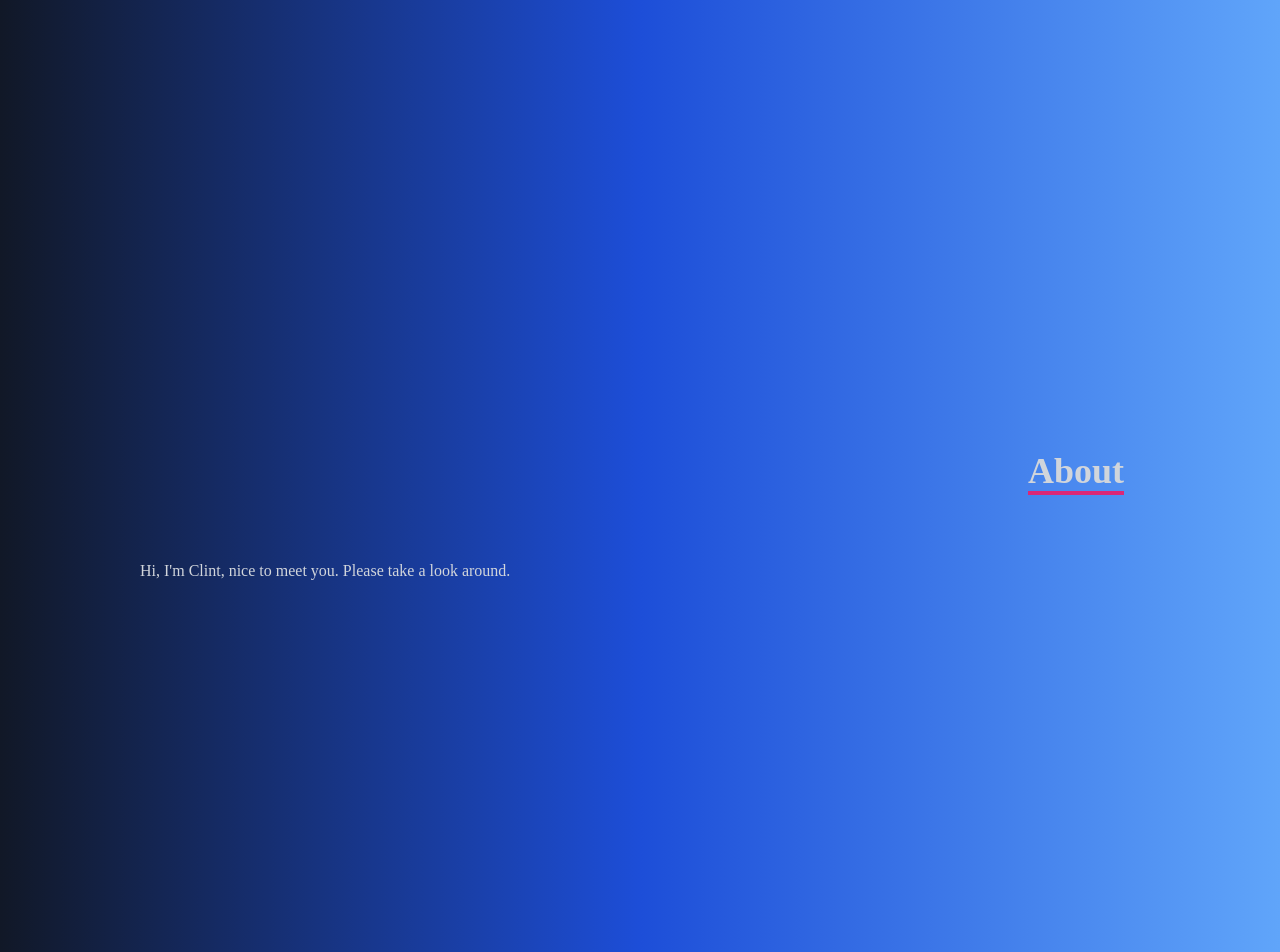
Repository: olichengus/Project-Portfolio
Page: /
These files come from the project's save history. The page is drawn as it stood at one moment and after a run of saves; the edit follows.
The browser window is 1280 px wide. The pictures show the part of the page from y = 563 to 1515 px (the page is 2160 px tall).
The project was rebuilt for these pictures with package versions that can differ from the ones it lists, and the page was loaded fresh each time.

Above is the page before, as saved 2024-02-10 00:09:11.

### src/index.css
@tailwind base;
@tailwind components;
@tailwind utilities;

@import url('https://fonts.googleapis.com/css2?family=Roboto:wght@300;400;500;700&display=swap');

@layer base {
  body {
    @apply font-[Raleway];
  }
  li {
    @apply px-4;
    @apply cursor-pointer;
  }
}


.content-div{
  background-repeat: no-repeat;
  background-size: cover;
  background-position: center;
  height: 250px;
}

.content-div:hover{
  background-image: linear-gradient(
    to right,
    rgba(112,157,255,0.8),
    hsla(242,74%,61%,0.8)
  )!important;
  background-color: rgba(0, 0, 0, 0.5);
  transition: 0.5s;
}

### src/App.js
import Home from './components/Home';
import Navbar from './components/Navbar';
import About from './components/About';
import Work from './components/Work';

function App() {
  return (
    <div>
      <Navbar />
      <Home />
      <About />
      <Work />
    </div>
  );
}

export default App;

### src/components/Home.jsx
import React from 'react'
import {HiArrowNarrowRight} from 'react-icons/hi'

const Home = () => {
  return (
    <div className='w-full h-screen bg-gradient-to-r from-gray-900 via-blue-700 to-blue-400'>
      {/* Container */}
      <div className='max-w-[1000px] mx-auto px-8 flex flex-col justify-center h-full'>
        <p className='text-pink-600 text-2xl'>Hi, my name is</p>
        <h1 className='text-white text-7xl font-bold'>Oliver Cheng</h1>
        <h2 className='text-4xl sm:text-5xl font-bold text-[#8892b0]'> I am a Computer Science student @ UBC</h2>
        <h2 className='text-4xl sm:text-5xl font-bold text-[#8892b0]'> Welcome to my Portfolio!</h2>
        <div className='background-color'>
          <button className = 'text-white border-2 px-6 py-3 my-2 flex items-center hover:bg-pink-600 hover:border-pink-600'>
            My Projects
            <span className='group-hover:rotate-90 duration-300'>
              <HiArrowNarrowRight className='ml-2' />
            </span>
          </button>
        </div>
      </div>

    </div>
  )
}

export default Home

### src/components/navbar.js
import React, {useState} from 'react'
import {
    FaBars,
    FaTimes,
    FaGithub,
    FaLinkedin
  } from 'react-icons/fa';
import { HiOutlineMail } from 'react-icons/hi';
import BsFillPersonFill from 'react-icons/bs';

const Navbar = () => {
    const [nav, setNav] = useState(false)
    const handleClick = () => setNav(!nav)
  return (
    <div className='fixed w-full h-[80px] flex justify-between items-center px-4 bg-[#0a192f] text-gray-300'>
    {/* menu */}
        <div className='hidden md:flex'>
            <ul className='hidden md:flex'>
                <li>Home</li>
                <li>About</li>
                <li>Experience</li>
                <li>Projects</li>
                <li>Contact</li>


            </ul>
        </div>

        <div onClick={handleClick} className='md:hidden z-10'>
            {/* if false set it to bars else set it to x logo*/}
            {!nav ? <FaBars /> : <FaTimes />}
        </div>


        {/* Moble menu */}
        <ul className={!nav ? "hidden": 'absolute top-0 left-0 w-full h-screen bg-[#0a192f] flex flex-col justify center items-center'}>
                <li className='py-6 text-4xl'>Home</li>
                <li className='py-6 text-4xl'>About</li>
                <li className='py-6 text-4xl'>Experience</li>
                <li className='py-6 text-4xl'>Projects</li>
                <li className='py-6 text-4xl'>Contact</li>

        </ul>
        {/* Social Icons */}
        <div className='flex fixed flex-col top-[35%] left-0;'>
        </div>
    </div>


  )
}

export default Navbar

### src/components/About.jsx
import React from 'react';

const About = () => {
    return (
        <div name='about' className='w-full h-screen bg-gradient-to-r from-gray-900 via-blue-700 to-blue-400 text-gray-300'>
            <div className='flex flex-col justify-center items-center w-full h-full'>
                <div className='max-w-[1000px] w-full px-4 justify-center items-center'>
                    <div className='md: sm:text-right pb-8 pl-4'>
                        <p className='text-4xl font-bold inline border-b-4 border-pink-600 hover:text-white'>About</p>
                    </div>

                </div>
                <div className='mt-9 max-w-[1000px] w-full grid grid-cols-2 gap-8'>
                    <div>
                        <p>Hi, I'm Clint, nice to meet you. Please take a look around.</p>
                    </div>
                </div>
            </div>
        </div>
    )
}

export default About;

### src/components/Work.jsx
import React from 'react';
import Background from '../assets/background.jpeg';

const Work = () => {
    return (
        <div className='w-full md:h-screen text-gray-300 bg-gradient-to-r from-gray-900 via-blue-700 to-blue-400'>
            <div className='max-w-[1000px] mx-auto p-4 flex flex-col justify-center w-full h-full'>
                <div>
                    <p className='text-4xl font-bold inline border-b-4 text-gray-300 border-pink-600'>My Projects</p>
                </div>

            {/* Container */}

                <div className='grid sm:grid-cols-2 md:grid-cols-3 gap-4 mt-7'>

            {/* Grid Item */}
                    <div style = {{backgroundImage: `url(${Background})`}}
                    className='shadow-lg shadow-[#040c16] group container rounded-md flex justify-center items-center mx-auto content-div'>

                        {/* Hover Effects */}
                        <div className='opacity-0 group-hover:opacity-100'>
                            <span className='text-2xl font-bold text-white tracking-wider'>
                                UBC Elective Finder
                            </span>
                            <div className='pt-8 text-center'>
                                {/* <a href ="/">
                                    <button className='text-center rounded-lg px-4 py-3 m-2 bg-white text-gray-700 font-bold text-lg'>Demo</button>
                                </a> */}
                                <a href = "https://github.com/olichengus/UBC-Elective-Finder">
                                    <button className='text-center rounded-lg px-5 py-3 m-2 bg-white text-gray-700 font-bold text-lg'>View</button>
                                </a>
                            </div>
                        </div>
                    </div>

                    <div style = {{backgroundImage: `url(${Background})`}}
                    className='shadow-lg shadow-[#040c16] group container rounded-md flex justify-center items-center mx-auto content-div'>

                        {/* Hover Effects */}
                        <div className='opacity-0 group-hover:opacity-100'>
                            <span className='text-2xl font-bold text-white tracking-wider'>
                                Telomeres Website
                            </span>
                            <div className='pt-8 text-center'>
                                {/* <a href ="/">
                                    <button className='text-center rounded-lg px-4 py-3 m-2 bg-white text-gray-700 font-bold text-lg'>Demo</button>
                                </a> */}
                                <a href = "https://github.com/olichengus/TelomeresWebsite">
                                    <button className='text-center rounded-lg px-5 py-3 m-2 bg-white text-gray-700 font-bold text-lg'>View</button>
                                </a>
                            </div>
                        </div>
                    </div>

                    <div style = {{backgroundImage: `url(${Background})`}}
                    className='shadow-lg shadow-[#040c16] group container rounded-md flex justify-center items-center mx-auto content-div'>

                        {/* Hover Effects */}
                        <div className='opacity-0 group-hover:opacity-100'>
                            <span className='text-2xl font-bold text-white tracking-wider'>
                                Wishlist Application
                            </span>
                            <div className='pt-8 text-center'>
                                {/* <a href ="https://github.com/olichengus/WishList">
                                    <button className='text-center rounded-lg px-4 py-3 m-2 bg-white text-gray-700 font-bold text-lg'>Demo</button>
                                </a> */}
                                <a href = "https://github.com/olichengus/WishList">
                                    <button className='text-center rounded-lg px-5 py-3 m-2 bg-white text-gray-700 font-bold text-lg'>View</button>
                                </a>
                            </div>
                        </div>
                    </div>

                    <div style = {{backgroundImage: `url(${Background})`}}
                    className='shadow-lg shadow-[#040c16] group container rounded-md flex justify-center items-center mx-auto content-div'>

                        {/* Hover Effects */}
                        <div className='opacity-0 group-hover:opacity-100'>
                            <span className='text-2xl font-bold text-white tracking-wider'>
                                PythonRoads
                            </span>
                            <div className='pt-8 text-center'>
                                {/* <a href ="/">
                                    <button className='text-center rounded-lg px-4 py-3 m-2 bg-white text-gray-700 font-bold text-lg'>Demo</button>
                                </a> */}
                                <a href = "https://github.com/olichengus/PythonRoads">
                                    <button className='text-center rounded-lg px-5 py-3 m-2 bg-white text-gray-700 font-bold text-lg'>View</button>
                                </a>
                            </div>
                        </div>
                    </div>

                </div>



            </div>
        </div>
    );
};

export default Work;

### tailwind.config.js
/** @type {import('tailwindcss').Config} */
module.exports = {
  content: ["./src/**/*.{html,jsx}"],
  theme: {
    extend: {},
  },
  plugins: [],
}

Loaded but not shown: public/index.html (common file); src/index.js (common file)

After the next 2 saves:
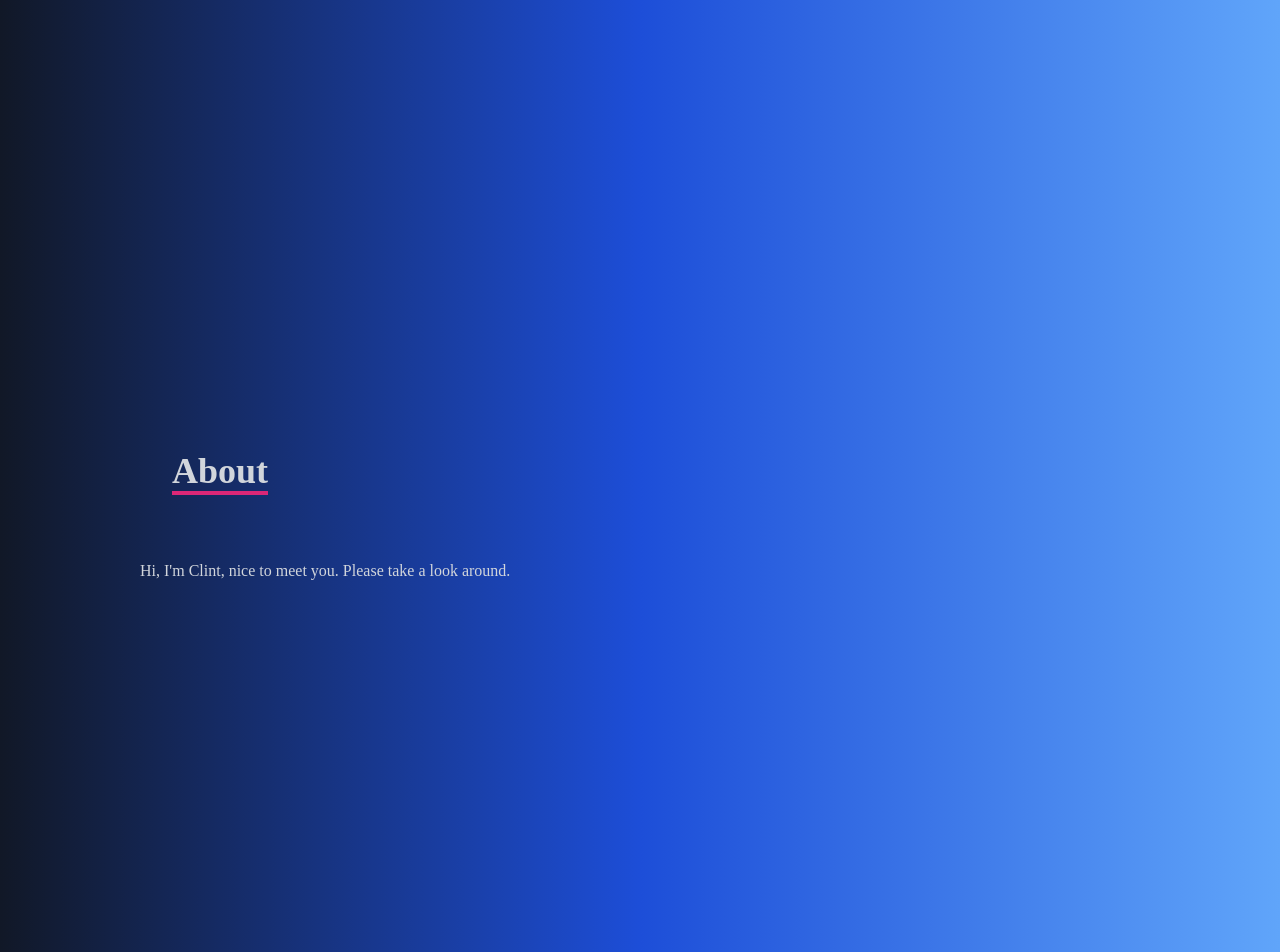
The 2 saves are shown as one change because they came seconds apart.
The last was saved 9 s later.
--- a/src/components/About.jsx
+++ b/src/components/About.jsx
@@ -5,7 +5,7 @@ const About = () => {
         <div name='about' className='w-full h-screen bg-gradient-to-r from-gray-900 via-blue-700 to-blue-400 text-gray-300'>
             <div className='flex flex-col justify-center items-center w-full h-full'>
                 <div className='max-w-[1000px] w-full px-4 justify-center items-center'>
-                    <div className='md: sm:text-right pb-8 pl-4'>
+                    <div className='md:text-left sm:text-right pb-8 pl-4'>
                         <p className='text-4xl font-bold inline border-b-4 border-pink-600 hover:text-white'>About</p>
                     </div>
 
